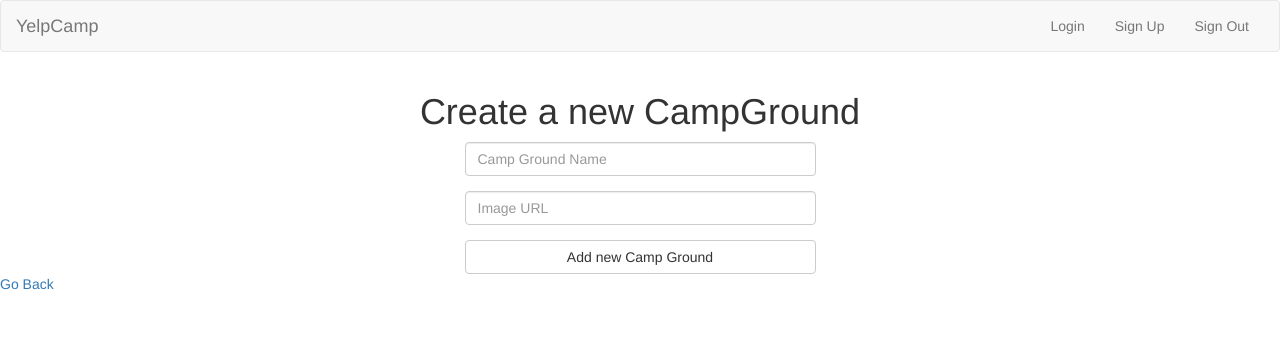
Repository: KMurphs/Tutorials
Page: YelpCamp/v1/views/newcampground.ejs
The author's editor kept a record of every edit. The page is drawn from the files as they stood at one moment, then again after the next edit.
The browser window is 1280 px wide. The pictures show the whole page.
The page is served by the project's Node server (YelpCamp/vtemplate/app.js). The template is opened directly, without the code that normally fills it, so the values that code supplies are empty.

Above is the page before.

After the next edit:
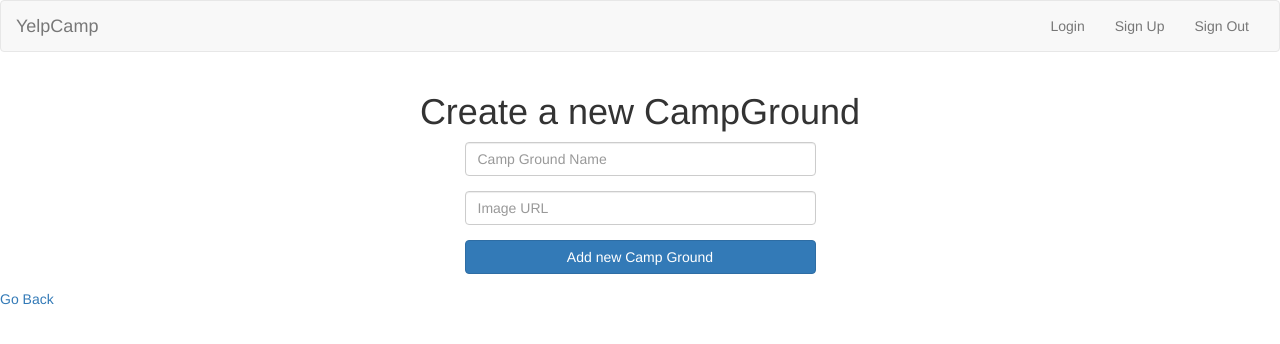
The edit:
--- a/Web Development/Udemy - Boot Camp/Code/code/webdevebootcamp - backend/workspace/YelpCamp/v1/views/newcampground.ejs
+++ b/Web Development/Udemy - Boot Camp/Code/code/webdevebootcamp - backend/workspace/YelpCamp/v1/views/newcampground.ejs
@@ -13,8 +13,8 @@
 				<div class='form-group'>
 					<input class='form-control'type="text" name="image" placeholder="Image URL">
 				</div>
-				<div class='from-group'>
-					<button class='btn btn-large btn-default btn-block'>Add new Camp Ground</button>
+				<div class='form-group'>
+					<button class='btn btn-large btn-primary btn-block'>Add new Camp Ground</button>
 				</div>
 			</form>
 		</div>
